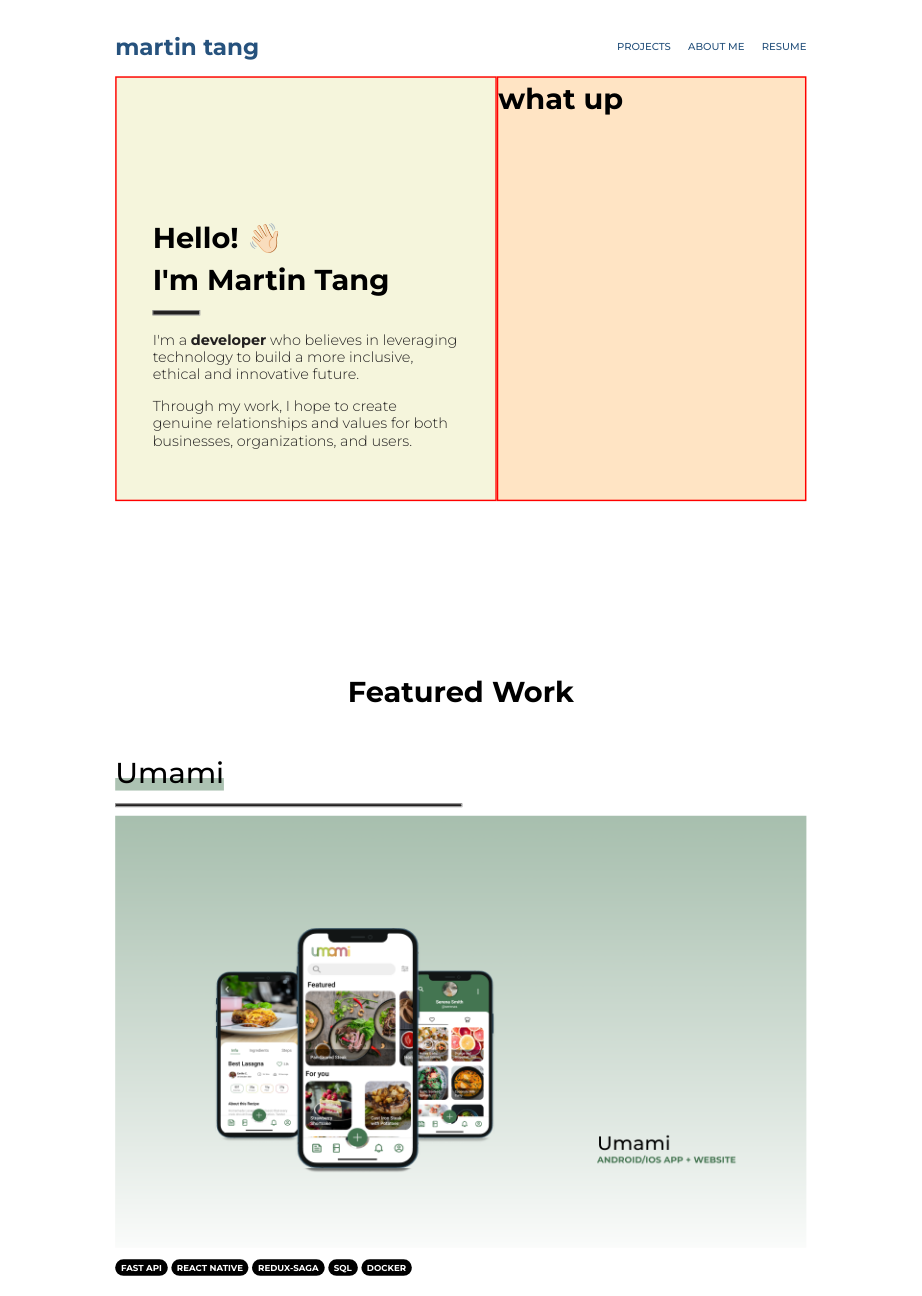
Repository: TangMartin/martintang
Page: index.html
The author's editor kept a copy of each file at every save. The page is drawn from the files as they stood at one save, then again after the next save.
The browser window is 1280 px wide. The pictures show the whole page, at 72% of full size.

Above is the page before, as saved 2021-11-24 00:43:21.

### index.html
<!DOCTYPE html>

<html>
    <head>
        <link href="./styles/style.css" rel="stylesheet">
        <link rel="preconnect" href="https://fonts.googleapis.com">
        <link rel="preconnect" href="https://fonts.gstatic.com" crossorigin>
        <link href="https://fonts.googleapis.com/css2?family=Montserrat:wght@300;500;700&display=swap" rel="stylesheet">
        <title> Martin Tang</title>
    </head>

    <body>
        <div class="topnav">
            <a class="name" href="./index.html" style="font-weight: bold; font-size: 32px;">martin tang</a>
            <a class="tabs" href="./Martin_Tang_Resume.pdf" download>RESUME</a>
            <a class="tabs" href="./pages/aboutme.html">ABOUT ME</a>
            <a class="tabs" href="./pages/projects.html">PROJECTS</a>
        </div>
        <div class="flex-main">
            <div class="flex-left">
                <h1>Hello! <span class="wave">👋🏻</span> </h1>
                <h1>I'm Martin Tang</h1>
                <hr style="height:5px; width:15%; margin-left:0; background-color:#222020; display: inline-block">
                <h3>I'm a <strong>developer</strong> who believes in leveraging technology to build a more inclusive, ethical and innovative future. </h3>
                <h3>Through my work, I hope to create genuine relationships and values for both businesses, organizations, and users.</h3>
            </div>
            <div class="flex-right">
                <h1> what up</h1>
            </div>
        </div>
        <div class="featured_work">
            <!-- Featured Work -->
            <h1 style="text-align: center; padding-top: 5rem;"> Featured Work </h1>
            <ul class="work_list">

                <!-- Umami -->
                <li class="work_item">
                    <h1><span class="highlight" style="--highlighter-color: #ACC2B2">Umami</span></h1>
                    <hr style="height:2.5px; width:50%; margin-left:0; background-color:#222020; display: inline-block">
                    <img class="work_image" src="./assets/images/Umami.png" />
                    <div class="technologies">
                        <p>FAST API</p>
                        <p>REACT NATIVE</p>
                        <p>REDUX-SAGA</p>
                        <p>SQL</p>
                        <p>DOCKER</p>
                    </div>
                </li>
            </ul>
        </div>
    </body>
</html>

### styles/style.css
:root {
    --highlighter-color: #EEDF5B;
    --technology-color: #000000;
}

body {
    max-width: 60rem;
    margin-right: auto;
    margin-left: auto;
    width: 80vw;
    padding-top: 2rem;
}

body,
h1,
h2,
h3,
h4,
h5 {
  font-family: 'Montserrat', sans-serif;
}

h1 {
    font-size: 40px;
    margin: 5px 0px 10px 0px;
}

h3 {
    margin-top: 10px;
    color: #222020;
    font-size: 20px;
    font-weight: 300;
}

/* NAV BAR */
.topnav {
    flex-direction: row;
    margin-bottom: 1rem;
}
.topnav a {
    font-family: 'Montserrat', sans-serif;
    color: #26527D;
    line-height:50px;
    text-decoration: none;
}
.topnav a:hover {
    color: green;
  }
.tabs {
    float: right;
    line-height:50px;
    font-size: 14px;
    padding-left: 24px;
}

/* MAIN PAGE */
.flex-main {
    display: flex;
    flex-direction: row;
}
.flex-left {
    width: 50%;
    padding: 50px;
    padding-top: 12rem;
    background-color: beige;
    border: 2px solid red;
}
.flex-right {
    width: 50%;
    background-color: bisque;
    border: 2px solid red;
}

.wave {
    animation-name: wave-animation;  /* Refers to the name of your @keyframes element below */
    animation-duration: 2.5s;        /* Change to speed up or slow down */
    animation-iteration-count: infinite;  /* Never stop waving :) */
    transform-origin: 70% 70%;       /* Pivot around the bottom-left palm */
    display: inline-block;
  }

  @keyframes wave-animation {
      0% { transform: rotate( 0.0deg) }
     10% { transform: rotate(14.0deg) }  /* The following five values can be played with to make the waving more or less extreme */
     20% { transform: rotate(-8.0deg) }
     30% { transform: rotate(14.0deg) }
     40% { transform: rotate(-4.0deg) }
     50% { transform: rotate(10.0deg) }
     60% { transform: rotate( 0.0deg) }  /* Reset for the last half to pause */
    100% { transform: rotate( 0.0deg) }
  }

/* FEATUERED WORK */
.featured_work {
    margin-top: 10rem;
}
.work_list {
    list-style: none;
    padding-left: 0;
}
.work_item {
    margin-top: 4rem;
}
.work_image {
    max-width: 100%;
}
.highlight {
    background: linear-gradient(180deg, #FFFFFF 65%, var(--highlighter-color) 65%);
    font-weight: 400;
}
.technologies {
    display: flex;
    flex-direction:row;

}
.technologies p {
    font-size: 12px;
    margin-right: 5px;
    color: #FFFFFF;
    font-weight: 600;
    border-radius:15px;
    padding: 4px 8px 4px 8px;
    background: var(--technology-color);
}

After the next save:
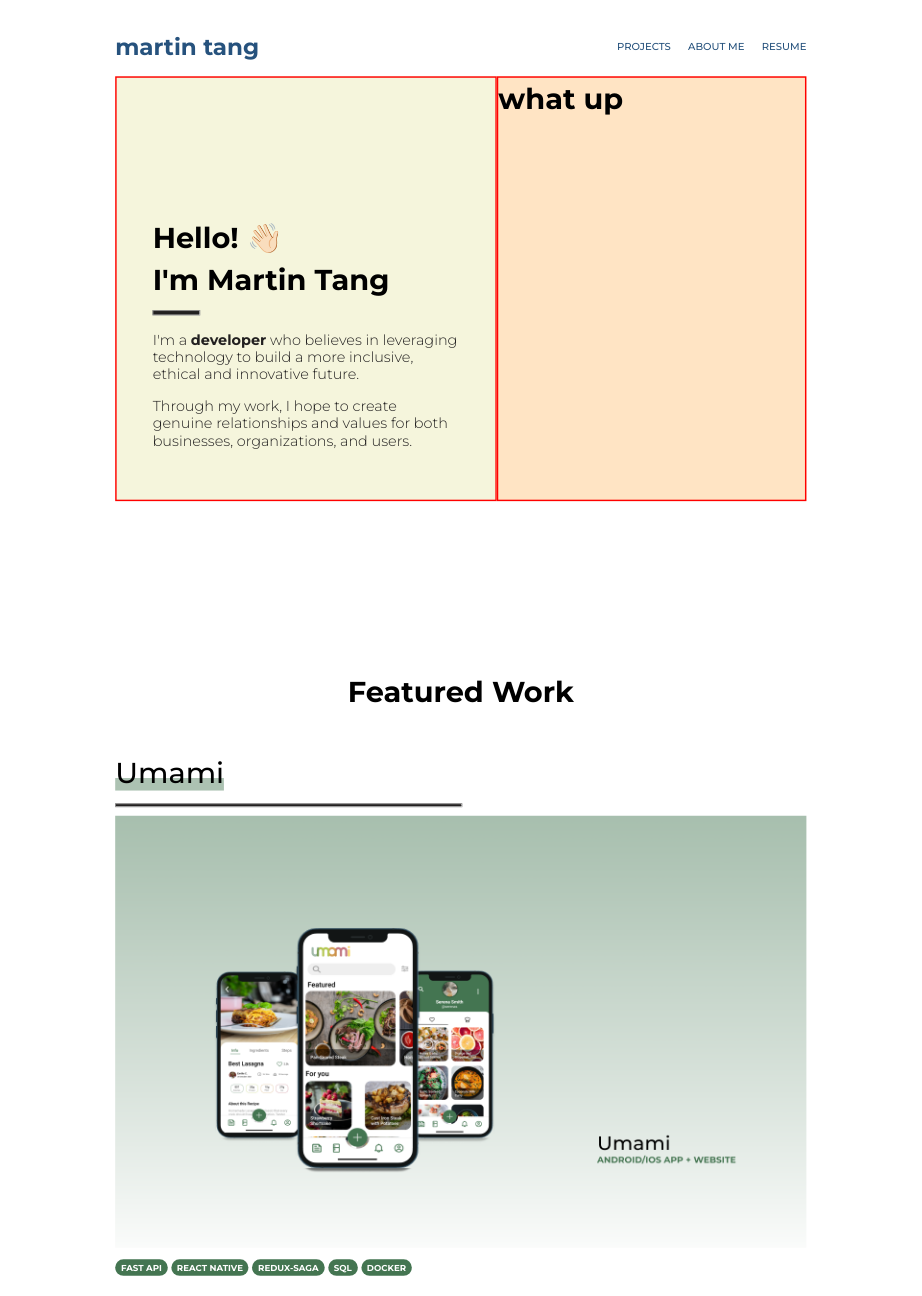
Saved 102 s later.
--- a/styles/style.css
+++ b/styles/style.css
@@ -1,6 +1,6 @@
 :root {
     --highlighter-color: #EEDF5B;
-    --technology-color: #000000;
+    --umami-color: #447551;
 }
 
 body {
@@ -120,5 +120,5 @@ h3 {
     font-weight: 600;
     border-radius:15px;
     padding: 4px 8px 4px 8px;
-    background: var(--technology-color);
+    background: var(--umami-color);
 }
